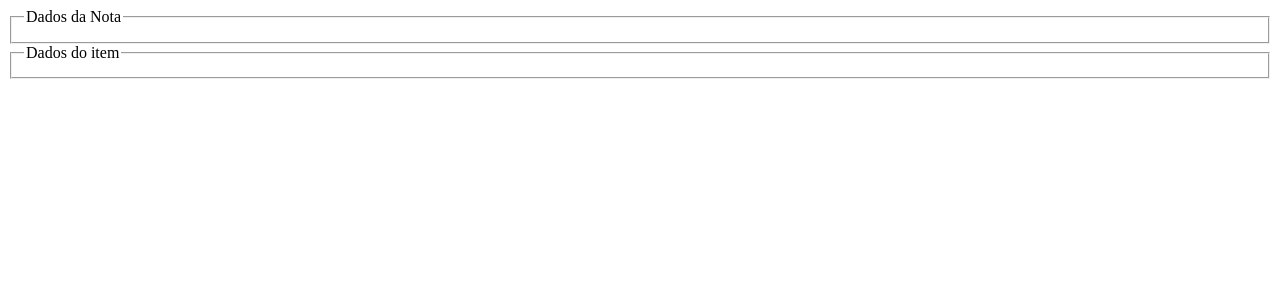
Repository: andytsunami/FJ26
Page: fj26-notas-fiscais/WebContent/notafiscal.html
An editor plug-in stored every save of this project. The page is shown before and after the next save, followed by the edit.
The browser window is 1280 px wide. The pictures show the whole page.

Above is the page before, as saved 2013-03-02 14:36:08.

### fj26-notas-fiscais/WebContent/notafiscal.html
<?xml version="1.0" encoding="UTF-8" ?>
<!DOCTYPE html PUBLIC "-//W3C//DTD XHTML 1.0 Transitional//EN" "http://www.w3.org/TR/xhtml1/DTD/xhtml1-transitional.dtd">
<html xmlns="http://www.w3.org/1999/xhtml"
	xmlns:f="http://java.sun.com/jsf/core"
	xmlns:h="http://java.sun.com/jsf/html"
	xmlns:ui="http://java.sun.com/jsf/facelets"
	xmlns:cc="http://java.sun.com/jsf/composite">

<ui:composition template="/_template.xhtml">
	<ui:define name="corpo">

		<h:form>
			<fieldset>
				<legend>Dados da Nota</legend>

				<h:outputLabel value="CNPJ Cliente" />
				<h:inputText value="#{notaFiscalBean.notaFiscal.cnpj}" />

				<h:outputLabel value="Data: " />
				<h:inputText value="#{notaFiscalBean.notaFiscal.data.time}">
					<f:convertDateTime pattern="dd/MM/yyyy"
						timeZone="America/Sao_Paulo" />
				</h:inputText>

			</fieldset>

			<fieldset>
				<legend>Dados do item</legend>

				<h:outputLabel value="Produto: " />
				<h:selectOneMenu value="#{produtoBean.idProduto}">
					<f:selectItems value="#{produtoBean.produtos}" var="produto"
						itemValue="#{produto.id}" itemLabel="#{produto.nome}" />
				</h:selectOneMenu>

				<h:outputLabel value="Quantidade: " />
				<h:inputText value="#{notaFiscalBean.item.quantidade}" />

				<h:commandButton action="#{notaFiscalBean.guardaItem}"
					value="Guardar Item" />
			</fieldset>

			<h:commandButton value="Gravar" action="#{notaFiscalBean.gravar}" />

		</h:form>

	</ui:define>


</ui:composition>
</html>

After the next save:
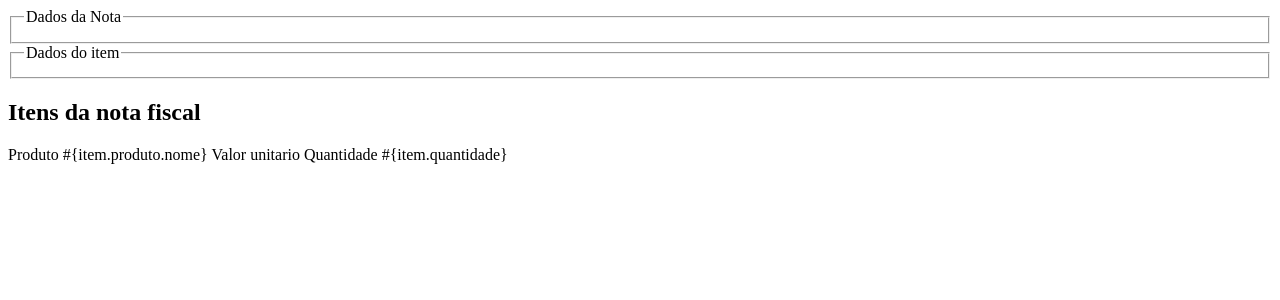
Saved 9 min 34 s later.
--- a/fj26-notas-fiscais/WebContent/notafiscal.html
+++ b/fj26-notas-fiscais/WebContent/notafiscal.html
@@ -40,6 +40,29 @@
 					value="Guardar Item" />
 			</fieldset>
 
+			<h2>Itens da nota fiscal</h2>
+			 <h:dataTable value="#{notaFiscalBean.notaFiscal.itens}" var="item" styleClass="dados" rowClasses="impar,par">
+			   <h:column>
+			     <f:facet name="header">Produto</f:facet>
+			     #{item.produto.nome}
+			   </h:column>
+			   <h:column>
+			     <f:facet name="header">Valor unitario</f:facet>
+			     <h:outputText value="#{item.valorUnitario}">
+			       <f:convertNumber type="currency" currencySymbol="R$" locale="pt_BR"/>
+			     </h:outputText>
+			   </h:column>
+			   <h:column>
+			     <f:facet name="header">Quantidade</f:facet>
+			     #{item.quantidade}
+			   </h:column>
+			   <h:column>
+			     <f:facet name="Total"></f:facet>
+			     <f:convertNumber type="currency" currencySymbol="R$" locale="pt_BR"></f:convertNumber>
+			   </h:column>
+
+			</h:dataTable>
+
 			<h:commandButton value="Gravar" action="#{notaFiscalBean.gravar}" />
 
 		</h:form>
